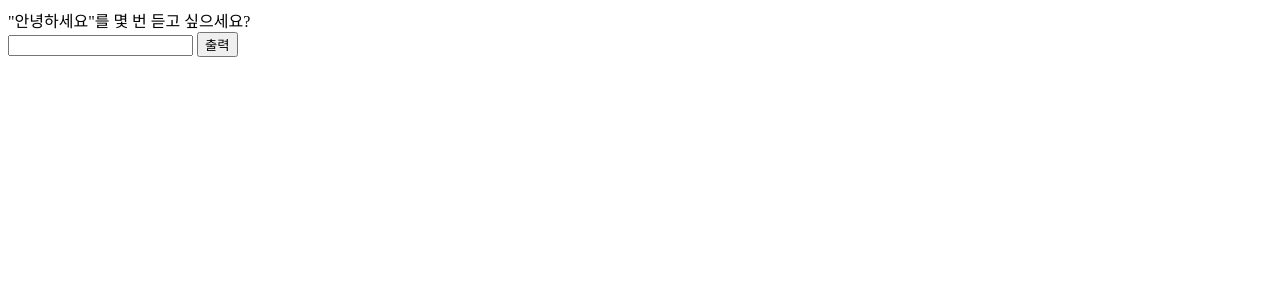
Repository: water-case/Servlet_JSP_JSPMVC
Page: workspace/JSPPrj/src/main/webapp/reg.html
The author's editor kept a copy of each file at every save. The page is drawn from the files as they stood at one save, then again after the next save.
The browser window is 1280 px wide. The pictures show the whole page.

Above is the page before, as saved 2021-08-25 01:11:23.

### workspace/JSPPrj/src/main/webapp/reg.html
<!DOCTYPE html>
<html>
<head>
<meta charset="UTF-8">
<title>Insert title here</title>
</head>
<body>
	<div>
		<form action="notice-reg">
			<div>
				<label>"안녕하세요"를 몇 번 듣고 싶으세요?</label>
			</div>
			<div>
				<input type="text" name="cnt" />
				<input type="submit" value="출력" />
			</div>
		</form>
	</div>
</body>
</html>

After the next save:
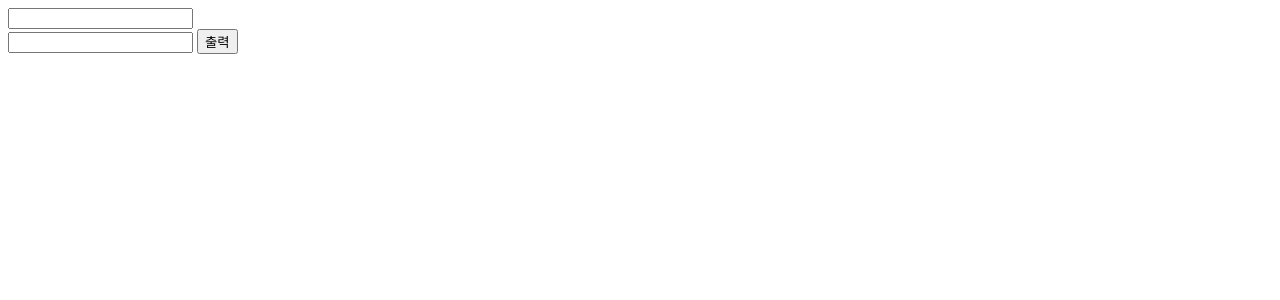
Saved 22 s later.
--- a/workspace/JSPPrj/src/main/webapp/reg.html
+++ b/workspace/JSPPrj/src/main/webapp/reg.html
@@ -8,7 +8,7 @@
 	<div>
 		<form action="notice-reg">
 			<div>
-				<label>"안녕하세요"를 몇 번 듣고 싶으세요?</label>
+				<input type="text">
 			</div>
 			<div>
 				<input type="text" name="cnt" />
